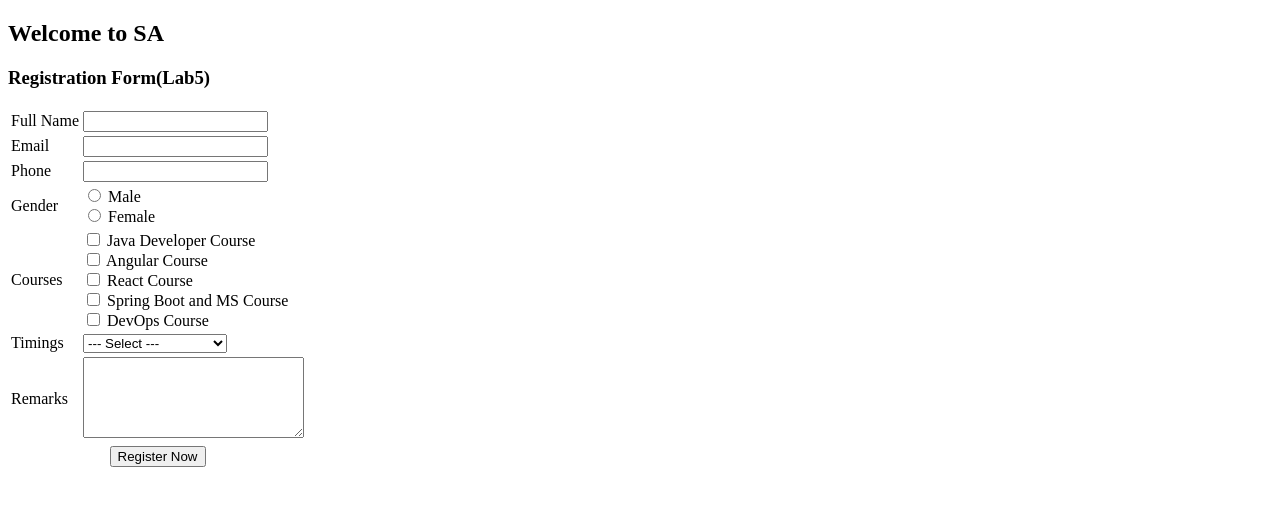
Repository: cuadarsh07/Servlets-Lab
Page: Registration/WebContent/index.html
These files come from the project's save history. The page is drawn as it stood at one moment and after the next save; the edit follows.
The browser window is 1280 px wide. The pictures show the whole page.

Above is the page before, as saved 2025-06-16 13:29:59.

After the next save:
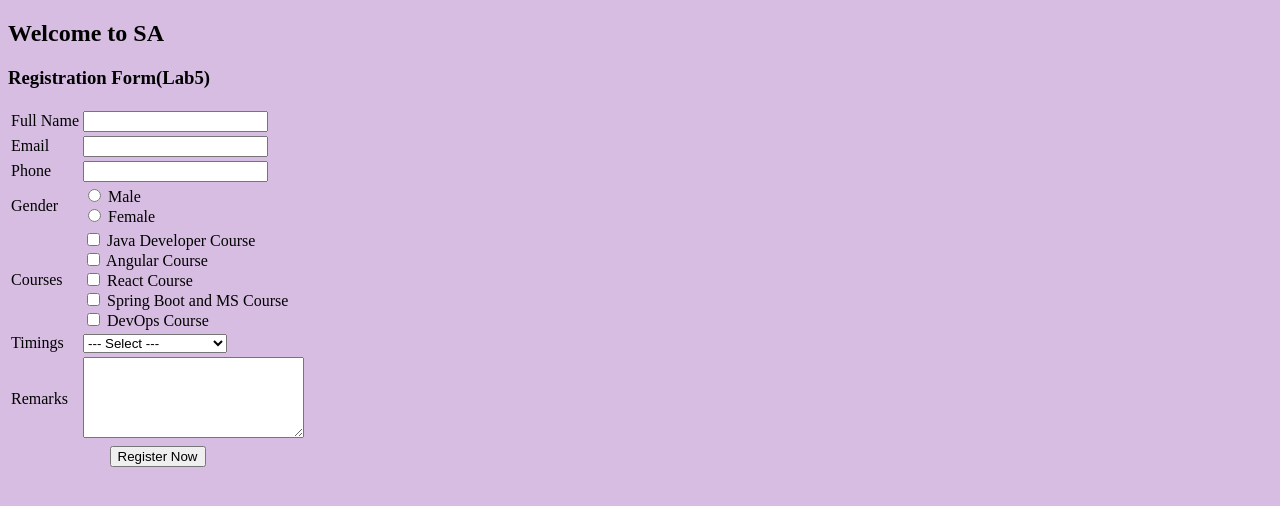
Saved 2 min 15 s later.
--- a/Registration/WebContent/index.html
+++ b/Registration/WebContent/index.html
@@ -3,7 +3,7 @@
 <head>
 <title>Welcome to JK</title>
 </head>
-<body>
+<body bgcolor="#d7bde2">
 	<h2>Welcome to SA</h2>
 	<h3>Registration Form(Lab5)</h3>
 
